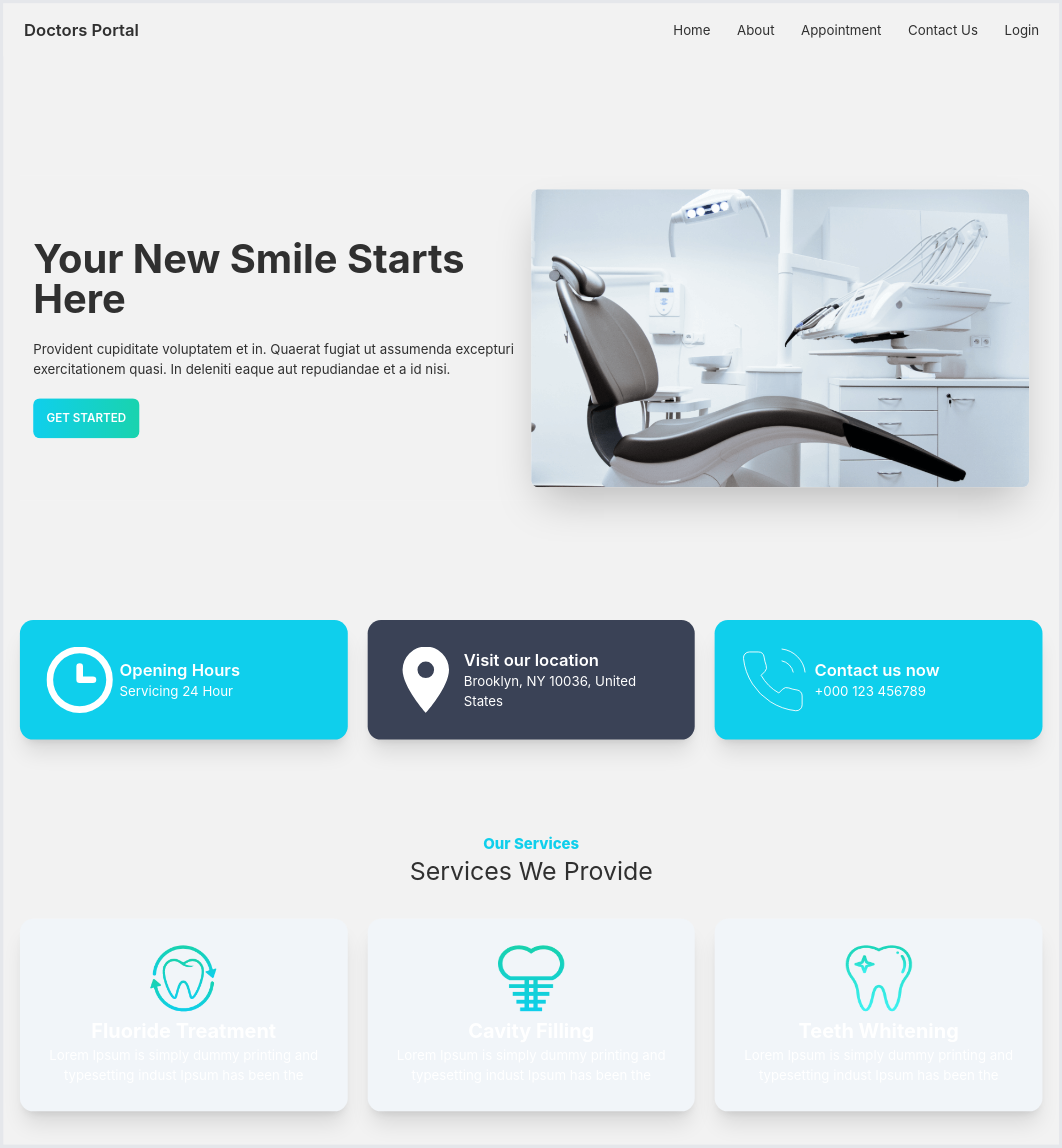
Repository: Samad77/Doctorportal-Client
Page: /
These files come from the project's save history. The page is drawn as it stood at one moment and after the next save; the edit follows.
The browser window is 1280 px wide. The pictures show the whole page, at 83% of full size.
The project was rebuilt for these pictures with package versions that can differ from the ones it lists, and the page was loaded fresh each time. Also part of the build but not shown: src/Pages/Login/Login.js.

Above is the page before, as saved 2022-11-12 18:37:08.

After the next save:
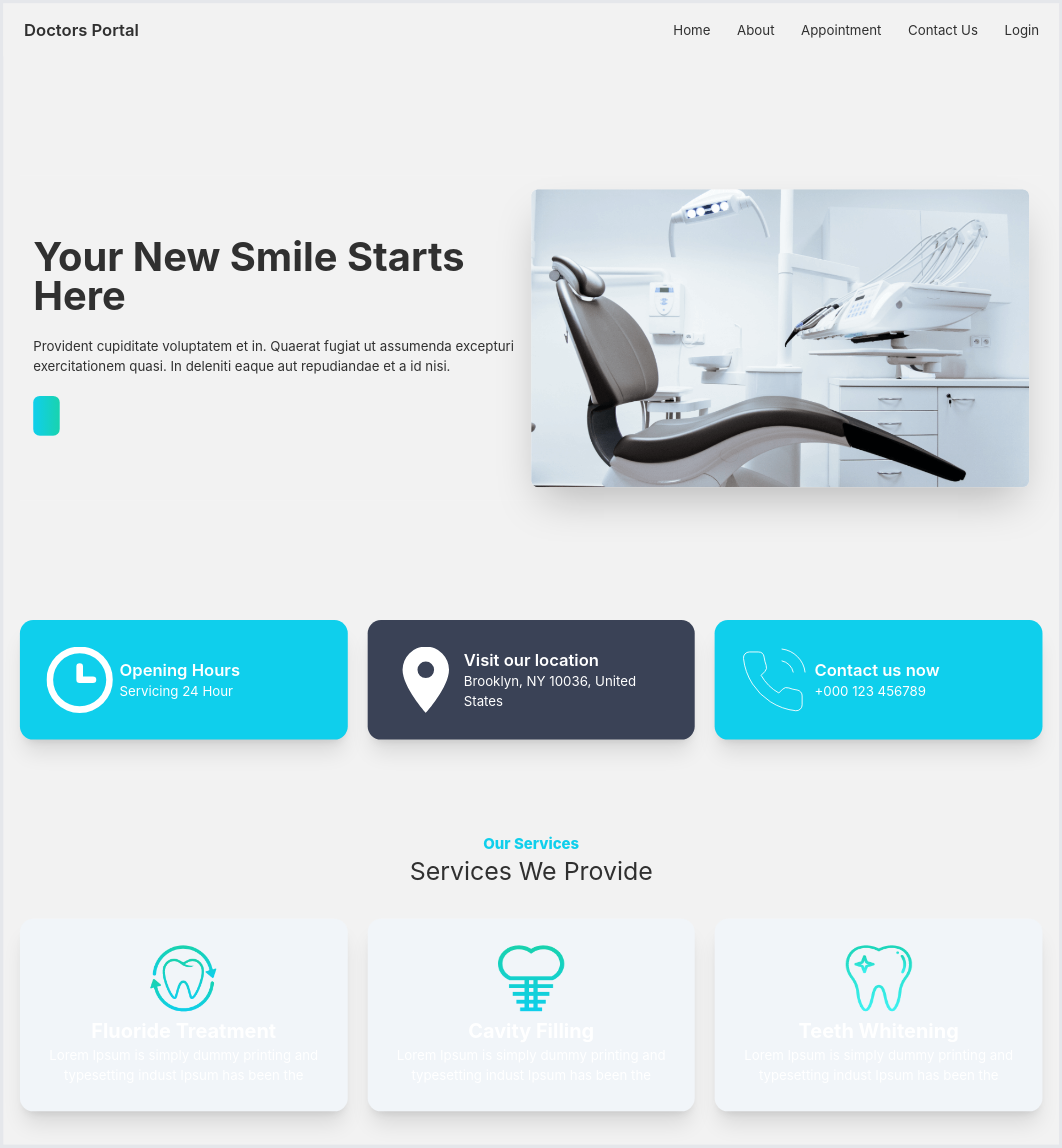
Saved 15 s later.
--- a/src/Pages/Home/Banner/Banner.js
+++ b/src/Pages/Home/Banner/Banner.js
@@ -1,5 +1,6 @@
 import React from 'react';
 import img1 from '../../../assets/images/chair.png'
+import PrimaryButton from '../../../Components/PrimaryButton/PrimaryButton';
 const Banner = () => {
     return (
         <div className="hero bg-base-100 my-36">
@@ -8,7 +9,7 @@
                 <div className='text-left'>
                 <h1 className="text-5xl font-bold">Your New Smile Starts Here</h1>
                 <p className="py-6">Provident cupiditate voluptatem et in. Quaerat fugiat ut assumenda excepturi exercitationem quasi. In deleniti eaque aut repudiandae et a id nisi.</p>
-                <button className="btn btn-primary border-0 bg-gradient-to-r from-primary to-secondary text-white">Get Started</button>
+                <PrimaryButton></PrimaryButton>
                 </div>
             </div>
         </div>

After the save that followed:
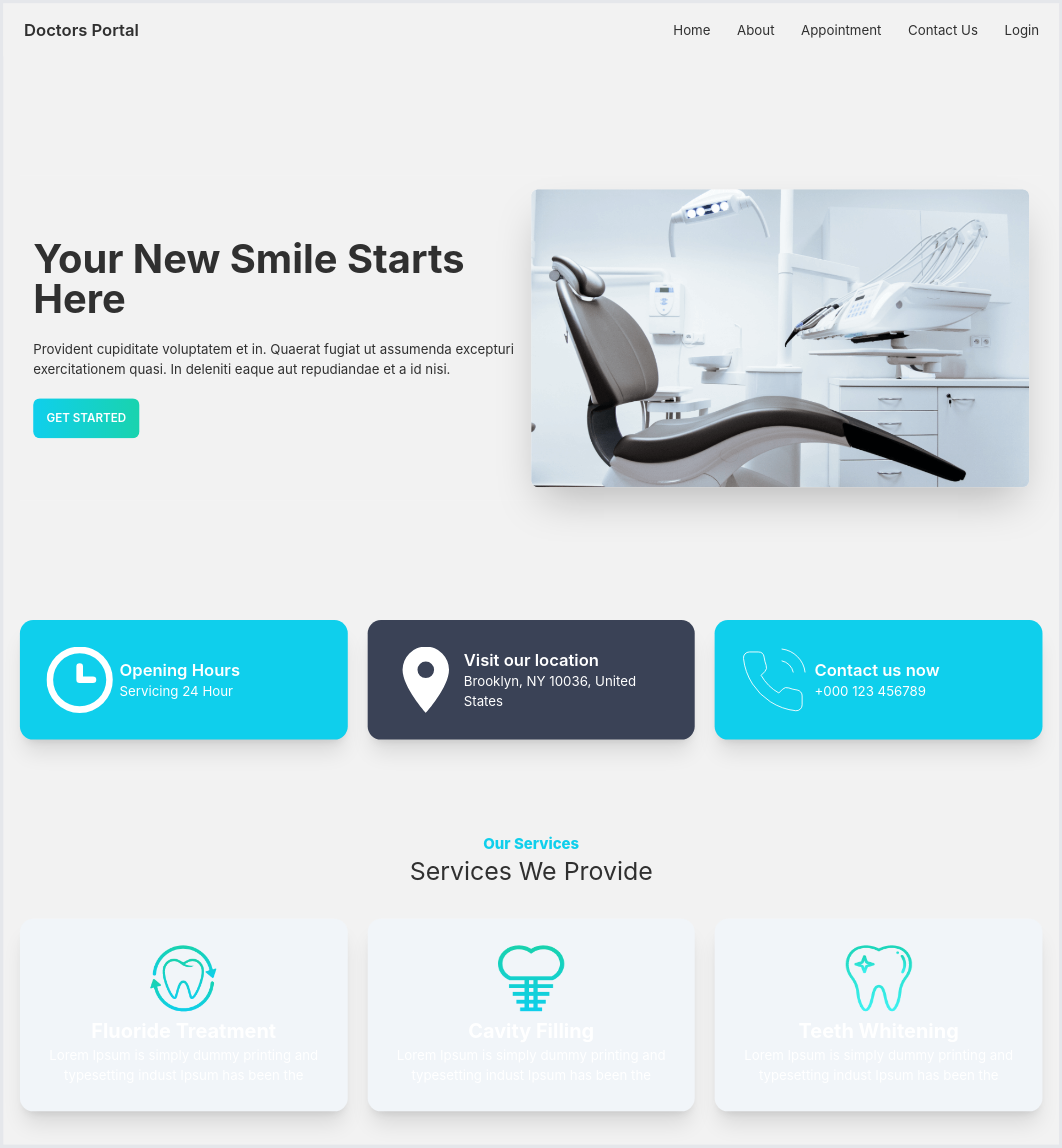
Saved 23 s later.
--- a/src/Pages/Home/Banner/Banner.js
+++ b/src/Pages/Home/Banner/Banner.js
@@ -9,7 +9,7 @@
                 <div className='text-left'>
                 <h1 className="text-5xl font-bold">Your New Smile Starts Here</h1>
                 <p className="py-6">Provident cupiditate voluptatem et in. Quaerat fugiat ut assumenda excepturi exercitationem quasi. In deleniti eaque aut repudiandae et a id nisi.</p>
-                <PrimaryButton></PrimaryButton>
+                <PrimaryButton>Get Started</PrimaryButton>
                 </div>
             </div>
         </div>
